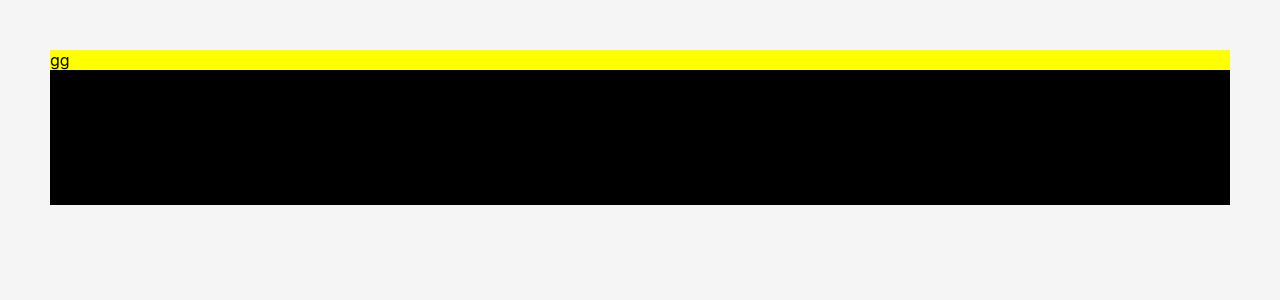
Repository: yangddoddi/community_react
Page: /
These files come from the project's save history. The page is drawn as it stood at one moment and after the next save; the edit follows.
The browser window is 1280 px wide. The pictures show the whole page.
The page's requests for data from a server got no answer. The project was rebuilt for these pictures with package versions that can differ from the ones it lists, and the page was loaded fresh each time. No one was signed in, and anything a server would have sent is missing. Also part of the build but not shown: src/components/sidebar.module.scss.

Above is the page before, as saved 2022-08-16 23:29:14.

After the next save:
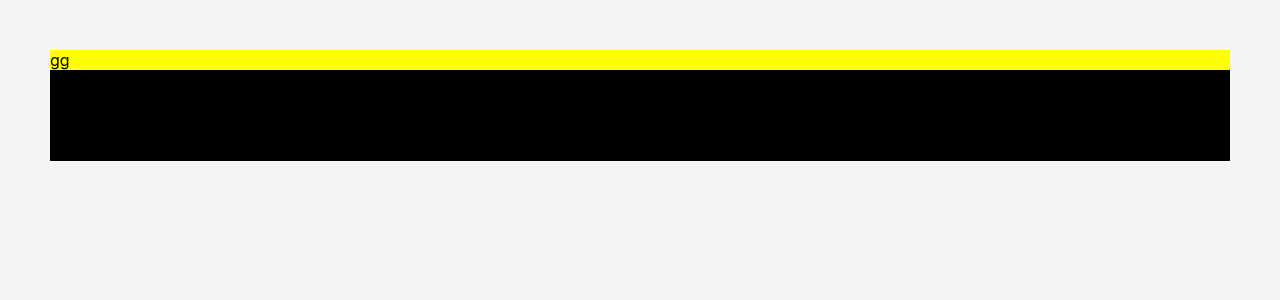
Saved 36 s later.
--- a/src/components/Sidebar.js
+++ b/src/components/Sidebar.js
@@ -1,5 +1,5 @@
 import styles from "./Sidebar.module.scss";
 
 export const Sidebar = () => {
-  return <h1 className="styles.sidebar">사이드바</h1>;
+  return <nav className="styles.sidebar">사이드바</nav>;
 };
